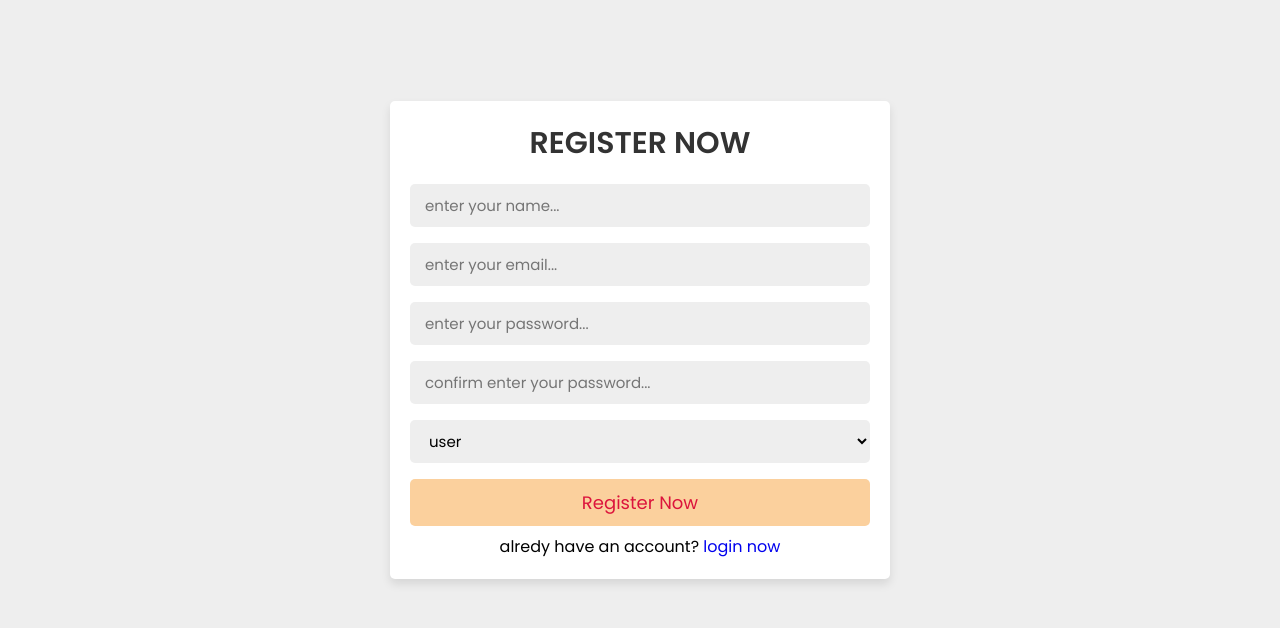
Repository: yennobita/FPT-PHP1
Page: http://localhost/user/register_form.php
The author's editor kept a copy of each file at every save. The page is drawn from the files as they stood at one save, then again after the next save.
The browser window is 1280 px wide. The pictures show the whole page.
The page is run by PHP 8.4 with error messages shown; the project is at /var/www/html/.

Above is the page before, as saved 2022-07-24 21:32:14.

After the next save:
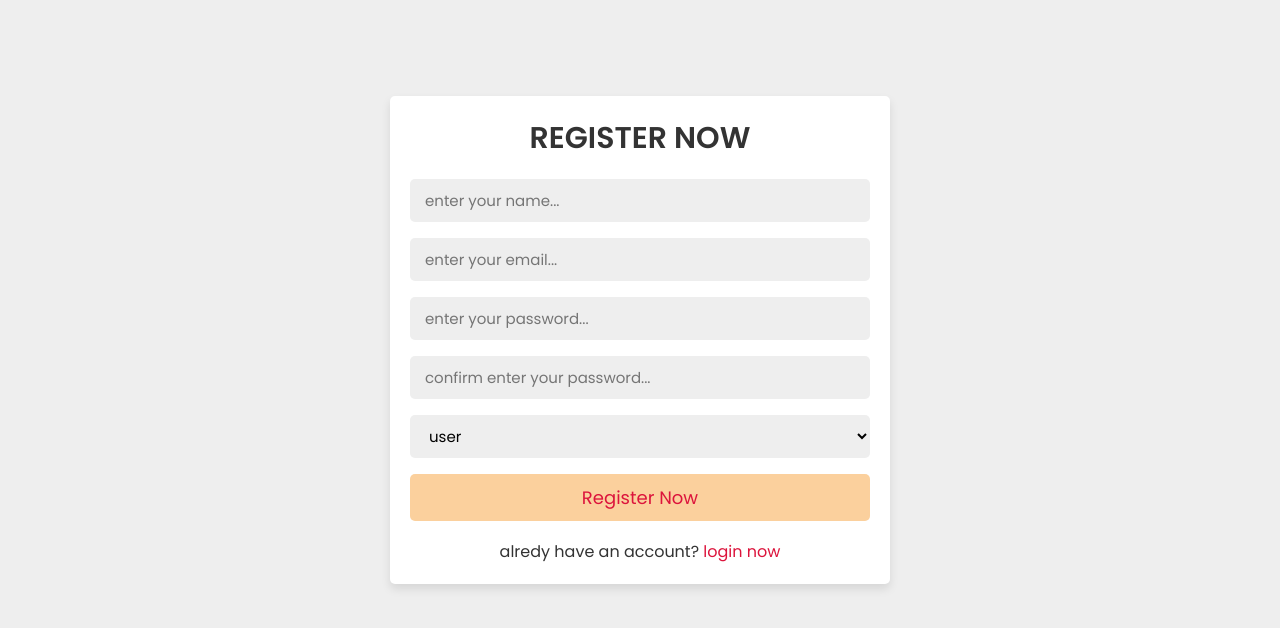
Saved 93 s later.
--- a/ASM_PHP1/user/register_form.php
+++ b/ASM_PHP1/user/register_form.php
@@ -65,6 +65,15 @@
         background: crimson;
         color: #fff;
     }
+    .form-container form p {
+        margin-top: 10px;
+        font-size: 16px;
+        color: #333;
+    }
+    .form-container form p a {
+        color: crimson;
+    }
+
 
     </style>
 </head>
